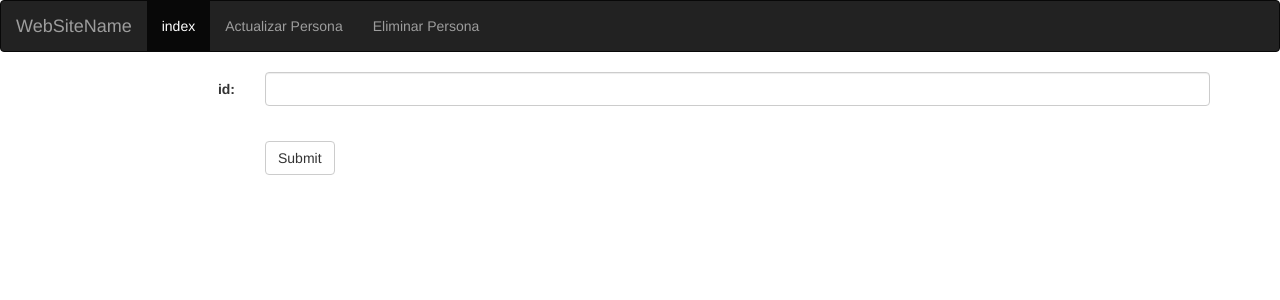
Repository: UAQJavaEveris/ProyectoFinalJuanCarlos
Page: http://localhost/WebCliente/eliminar.jsp
These files come from the project's save history. The page is drawn as it stood at one moment and after the next save; the edit follows.
The browser window is 1280 px wide. The pictures show the whole page.
Some web libraries are served in a nearby version. The page is served by Tomcat 9.

Above is the page before, as saved 2016-12-10 04:01:20.

After the next save:
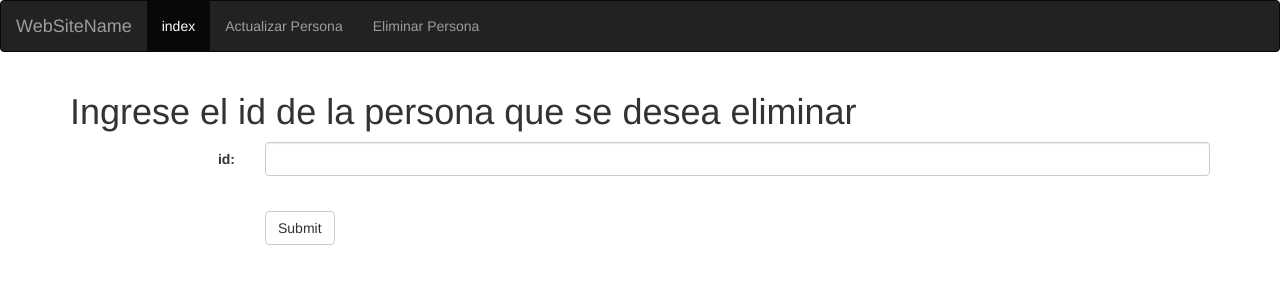
Saved 40 s later.
--- a/WebCliente/WebContent/eliminar.jsp
+++ b/WebCliente/WebContent/eliminar.jsp
@@ -25,6 +25,7 @@
   </div>
 </nav>
 <div class="container">
+<h1>Ingrese el id de la persona que se desea eliminar</h1>
 <form  class="form-horizontal" action="Eliminar" method="Post">
 <div class="form-group">
      <label class="control-label col-sm-2" for="nombre">id:</label>
